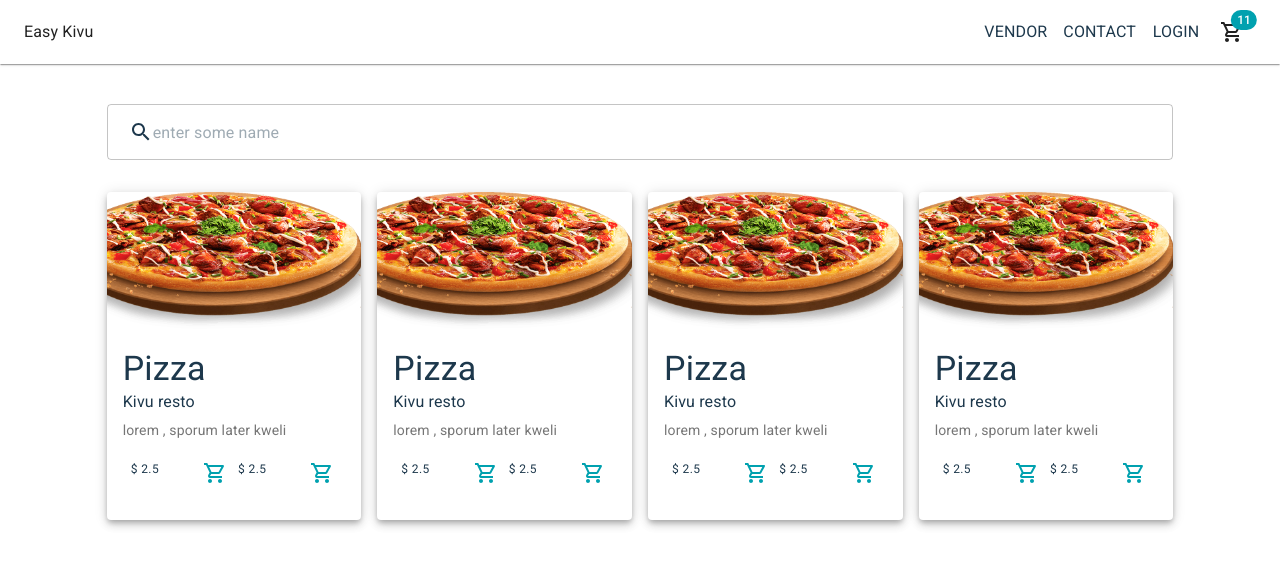
Repository: kilamaelie/jokes-dapp
Page: /
An editor plug-in stored every save of this project. The page is shown before and after the next save, followed by the edit.
The browser window is 1280 px wide. The pictures show the whole page.
The project was rebuilt for these pictures with package versions that can differ from the ones it lists, and the page was loaded fresh each time. Also part of the build but not shown: src/ui/page/dashboard/dashboard.js.

Above is the page before, as saved 2021-06-28 02:47:40.

### src/App.js
import React from 'react'
import {BrowserRouter as Router ,Switch,Route} from 'react-router-dom'
import {ThemeProvider } from "@material-ui/core/styles";
import theme from './App_theme/theme'
import CssBaseline from '@material-ui/core/CssBaseline'
import Main from './ui/page/website/main'
import Dashboards from  './ui/page/dashboard/dashboard'
import AppBars from './ui/widget/appbar'



const App =()=>{


  return (
    <ThemeProvider theme={theme}>
      <CssBaseline>
          <Router>
            <AppBars/>
            <Switch>
              <Route path='/dashboard' component={Dashboards}/>
              <Route path= '/' component={Main}/>
            </Switch>
          </Router>
      </CssBaseline>
    </ThemeProvider>
  )
}

export default App

### src/App_theme/theme.js
import {createMuiTheme} from '@material-ui/core/styles'


const theme =createMuiTheme({
    palette:{
        primary:{
          main: '#FFF'
        },
        secondary:{
          main: '#00A1AF'
        },
        background:{
          default:'#FFF'
        },
        text:{
          primary:'#1D384C'
        }

      }
})

export default theme

### src/ui/page/website/main.js
import React from 'react'
import {Switch,Route} from 'react-router-dom'
import Home from './screen/home'



const Main =()=>{
    return (
            <Switch>

                <Route exact path= '/' component={Home}/>
            </Switch>
        )
}

export default Main

### src/ui/widget/appbar.js
import React,{useState} from 'react'
import {Grid,AppBar,Toolbar,IconButton,Typography,Button,Dialog,DialogContent,DialogContentText,MenuItem,Menu,Badge} from '@material-ui/core';
import RestaurantMenuIcon from '@material-ui/icons/RestaurantMenu';
import AccountCircle from '@material-ui/icons/AccountCircle';
import NotificationsIcon from '@material-ui/icons/Notifications';
import MoreIcon from '@material-ui/icons/MoreVert';
import { useTheme} from '@material-ui/core/styles'
import useMediaQuery from '@material-ui/core/useMediaQuery';
import useStyles from '../style'
import {Link} from 'react-router-dom'
import ShoppingCartOutlinedIcon from '@material-ui/icons/ShoppingCartOutlined';




const AppBars =()=>{

  const classes = useStyles();
  const [open, setOpen] = useState(false);
  const theme = useTheme();
  const fullScreen = useMediaQuery(theme.breakpoints.down('sm'));

  const handleClickOpen = () => {
    setOpen(true);
  };
  const handleClose = () => {
    setOpen(false);
  };
  // for the app bar

  const [anchorEl, setAnchorEl] = React.useState(null);
  const [mobileMoreAnchorEl, setMobileMoreAnchorEl] = React.useState(null);

  const isMenuOpen = Boolean(anchorEl);
  const isMobileMenuOpen = Boolean(mobileMoreAnchorEl);

  const handleProfileMenuOpen = (event) => {
    setAnchorEl(event.currentTarget);
  };
  const handleMenuClose = () => {
    setAnchorEl(null);
    handleMobileMenuClose();
  };
  const handleMobileMenuClose = () => {
    setMobileMoreAnchorEl(null);
  };
  const handleMobileMenuOpen = (event) => {
    setMobileMoreAnchorEl(event.currentTarget);
  };
  const handleLogoutAndMenuClose = () =>{
    const logout = localStorage.removeItem('token')
    localStorage.removeItem('id')
    localStorage.removeItem('user')
    setAnchorEl(null);
    handleMobileMenuClose();
    window.location.reload();
    return logout
  }

  const menuId = 'primary-search-account-menu';
  const renderMenu = (
    <Menu
      anchorEl={anchorEl}
      anchorOrigin={{ vertical: 'top', horizontal: 'right' }}
      id={menuId}
      keepMounted
      transformOrigin={{ vertical: 'top', horizontal: 'right' }}
      open={isMenuOpen}
      onClose={handleMenuClose}
    >
      <MenuItem onClick={handleMenuClose}>Profile</MenuItem>
      <MenuItem onClick={handleLogoutAndMenuClose}>Logout</MenuItem>
    </Menu>
  );

  const mobileMenuId = 'primary-search-account-menu-mobile';
  const renderMobileMenu = (
    <Menu
      anchorEl={mobileMoreAnchorEl}
      anchorOrigin={{ vertical: 'top', horizontal: 'right' }}
      id={mobileMenuId}
      keepMounted
      transformOrigin={{ vertical: 'top', horizontal: 'right' }}
      open={isMobileMenuOpen}
      onClose={handleMobileMenuClose}
    >
          <MenuItem>
          <Typography className={classes.typoAppbar}>VENDOR</Typography>
          </MenuItem>
          <MenuItem>
           <Typography className={classes.typoAppbar}>Contact</Typography>
          </MenuItem>
          {/* {
            token!=null? <div>
               <MenuItem>
        <IconButton aria-label="show 11 new notifications" color="inherit">
          <Badge badgeContent={11} color="secondary">
            <NotificationsIcon />
          </Badge>
        </IconButton>
        <p>Notifications</p>
      </MenuItem>
      <MenuItem onClick={handleProfileMenuOpen}>
        <IconButton
          aria-label="account of current user"
          aria-controls="primary-search-account-menu"
          aria-haspopup="true"
          color="inherit"
        >
          <AccountCircle />
        </IconButton>
        <p>Profile</p>
      </MenuItem>
            </div>

            :  */}
             <div>
              <MenuItem>
            <Button onClick={handleClickOpen}><Typography className={classes.typoAppbar}>Login</Typography></Button>
                    <Dialog
                        // fullScreen={fullScreen}
                        open={open}
                        onClose={handleClose}
                        aria-labelledby="responsive-dialog-title"
                          >
                            <DialogContent>
                              <DialogContentText>
                                  {/* <Login/> */}
                              </DialogContentText>
                            </DialogContent>
                    </Dialog>
          </MenuItem>
            </div>
          {/* } */}


    </Menu>
  );
  return (
      <Grid container direction='row'>
          {/* <Grid item xs={1} sm={1}></Grid> */}
          <Grid item xs={12} sm={12}>
          <AppBar position="fixe" elevation={1}  >
        <Toolbar>
          {/* <IconButton
            component={Link}
            to='/'
            edge="start"
            className={classes.menuButton}
            color="inherit"
            aria-label="open drawer"
          >
            <RestaurantMenuIcon className={classes.icon} />
          </IconButton> */}
          <Typography className={classes.title}  noWrap>
            Easy Kivu
          </Typography>

          <div className={classes.grow} />
          <div className={classes.sectionDesktop}>
             <Button ><Typography className={classes.typoAppbar}>VENDOR</Typography></Button>
            <Button><Typography className={classes.typoAppbar}>CONTACT</Typography></Button>
            {/* {token!=null?
            <div>
            <IconButton aria-label="show 17 new notifications" color="inherit">
              <Badge badgeContent={17} color="secondary">
                <NotificationsIcon  color="secondary"/>
              </Badge>
            </IconButton>
            <IconButton
              edge="end"
              aria-label="account of current user"
              aria-controls={menuId}
              aria-haspopup="true"
              onClick={handleProfileMenuOpen}
              color="inherit"
            >
              <AccountCircle color="secondary" />
            </IconButton>
            </div>
            : */}
            <div>
               <Button onClick={handleClickOpen}><Typography className={classes.typoAppbar}>LOGIN</Typography></Button>
                <Dialog
                    // fullScreen={fullScreen}
                    open={open}
                    onClose={handleClose}
                    aria-labelledby="responsive-dialog-title"
                      >
                        <DialogContent>
                          <DialogContentText>
                          {/* <Login/> */}
                          </DialogContentText>
                        </DialogContent>

                    </Dialog>
            </div>

            {/* } */}

          </div>
          <IconButton aria-label="show 11 new notifications" color="inherit">
          <Badge badgeContent={11} color="secondary">
            <ShoppingCartOutlinedIcon />
          </Badge>
        </IconButton>
          <div className={classes.sectionMobile}>
            <IconButton
              aria-label="show more"
              aria-controls={mobileMenuId}
              aria-haspopup="true"
              onClick={handleMobileMenuOpen}
              color="inherit"
            >
              <MoreIcon className={classes.icon} />
            </IconButton>
          </div>
        </Toolbar>
      </AppBar>
      {renderMobileMenu}
      {renderMenu}
          </Grid>
          {/* <Grid item xs={1} sm={1}></Grid> */}
      </Grid>
  )

}
export default AppBars

### src/ui/page/website/screen/home.js
import React from 'react'
import useStyles from '../../../style'
import {Grid,TextField,InputAdornment} from '@material-ui/core'
import SearchIcon from '@material-ui/icons/Search';
import CardItem from '../screen/widget/card'


const Home = () =>{
    const classes =useStyles()

    return (
        <Grid container direction='row' className={classes.margin_40} >
            <Grid item xs={1} sm={1}></Grid>
            <Grid item xs={10} sm={10}  >
               <Grid container spacing={4}  >
                   <Grid item xs={12} sm={12}>
                       <TextField
                        variant='outlined'
                        fullWidth
                        onFocus
                        placeholder="enter some name"
                        InputProps={{
                            startAdornment: (
                              <InputAdornment position="end">
                                <SearchIcon />
                              </InputAdornment>
                            ),
                          }}
                       />
                   </Grid>
                   <Grid item xs={12} sm={12}>
                       <Grid container spacing ={2}>
                           <Grid item xs={12} sm={3}>
                           <CardItem/>
                           </Grid>
                           <Grid item xs={12} sm={3}>
                           <CardItem/>
                           </Grid>
                           <Grid item xs={12} sm={3}>
                           <CardItem/>
                           </Grid>
                           <Grid item xs={12} sm={3}>
                           <CardItem/>
                           </Grid>
                       </Grid>
                   </Grid>
               </Grid>
            </Grid>
            <Grid item xs={1} sm={1}></Grid>
        </Grid>
    )
}

export default Home

### src/ui/style.js
import {makeStyles} from '@material-ui/core/styles'

export default makeStyles((theme)=>({

    app:{
        background:'white',
        //marginTop:10,
        // marginbo

    },
    title:{
        color:theme.palette.primary.secondary,
        fontWeight:400,

    },
    grow: {
        flexGrow: 1,
      },
      menuButton: {
        marginRight: theme.spacing(4),
      },
      title: {
        display: '',
        color:theme.palette.primary.secondary,
        fontWeight: 400 ,
        [theme.breakpoints.up('sm')]: {
          display: 'block',
          fontWeight: 400
        },
      },

      sectionDesktop: {
        display: 'none',
        [theme.breakpoints.up('md')]: {
          display: 'flex',
        },
      },
      sectionMobile: {
        display: 'flex',
        [theme.breakpoints.up('md')]: {
          display: 'none',
        },
      },
    icon:{
        color:theme.palette.primary.secondary,
    },
    typoAppbar:{
      color:theme.palette.primary.secondary,
      fontSize: 15,
      fontWeight:400
    },
    homeAppbar:{
      marginTop:40,
      backgroundColor:theme.palette.primary.secondary,
      height:80,
      borderRadius:"10px"
    },
    margin_40:{
      marginTop: 40,
      marginBottom:40
    }

}))

### src/ui/page/website/screen/widget/card.js
import React from 'react'
import {Grid,TextField,Typography,IconButton} from '@material-ui/core'
import Card from '@material-ui/core/Card';
import CardActionArea from '@material-ui/core/CardActionArea';
import CardActions from '@material-ui/core/CardActions';
import CardContent from '@material-ui/core/CardContent';
import CardMedia from '@material-ui/core/CardMedia';
import Button from '@material-ui/core/Button';
import Pizza from '../../../../../assets/pizza.png'
import ShoppingCartOutlinedIcon from '@material-ui/icons/ShoppingCartOutlined';


const CardItem =()=>{
    return (
        <Card elevation={5} >
        {/* <CardActionArea> */}
          <CardMedia
            style={{height:140}}
            image={Pizza}
            // title={imagetitle}
          />
          <CardContent>
            <Typography variant="caption" variant='h4' component="h2" >
              Pizza
            </Typography>
            <Typography gutterBottom  component="h2" >
              Kivu resto
            </Typography>
            <Typography variant="body2" color="textSecondary" style={{height:30}}>
             lorem , sporum later kweli
            </Typography>

        {/* </CardActionArea> */}
        <CardActions>
          <Grid container>
            <Grid item sm={6} md={6} xs={6} justify="center">
              <Typography variant="caption">
                $ 2.5
              </Typography>
            </Grid>
            <Grid item md={6} xs={6}>
              <Grid container direction="column" justify="center" alignItems="flex-end">
              <IconButton size="small" color="secondary" >
                <ShoppingCartOutlinedIcon/>
              </IconButton>
              </Grid>
            </Grid>
          </Grid>
          <Grid container>
            <Grid item sm={6} md={6} xs={6} justify="center">
              <Typography variant="caption">
                $ 2.5
              </Typography>
            </Grid>
            <Grid item md={6} xs={6}>
              <Grid container direction="column" justify="center" alignItems="flex-end">
              <IconButton size="small" color="secondary" >
                <ShoppingCartOutlinedIcon/>
              </IconButton>
              </Grid>
            </Grid>
          </Grid>
        </CardActions>

        </CardContent>
      </Card>
    )
}


export default CardItem;

Loaded but not shown: public/index.html (common file); src/index.js (common file); src/index.css (common file); src/reportWebVitals.js (common file)

After the next save:
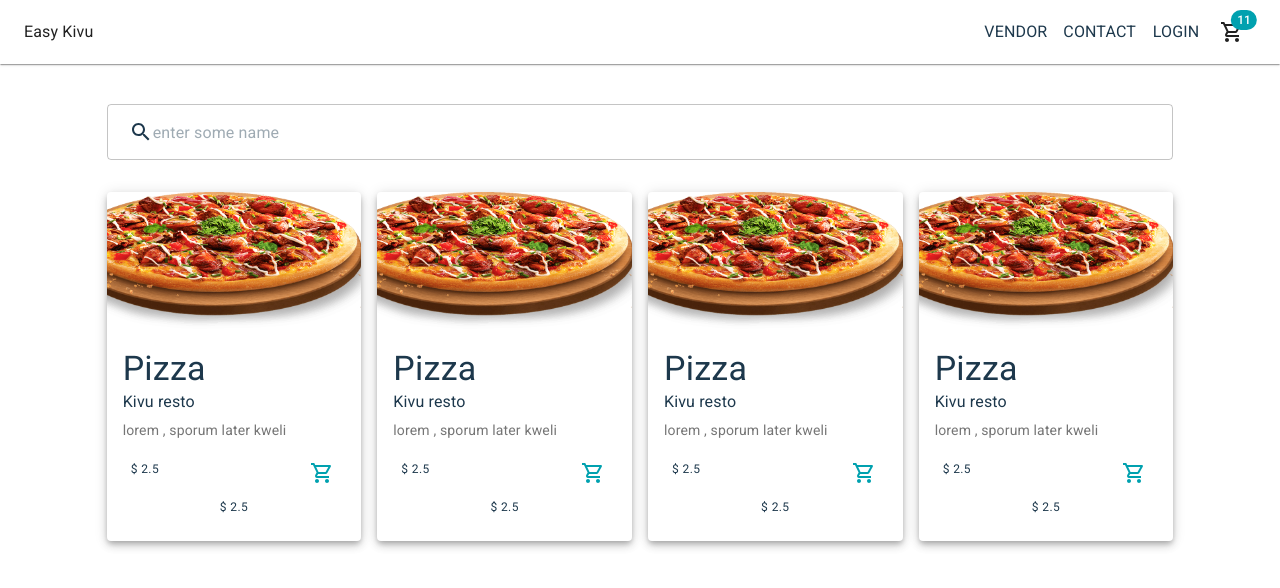
Saved 118 s later.
--- a/src/ui/page/website/screen/widget/card.js
+++ b/src/ui/page/website/screen/widget/card.js
@@ -46,22 +46,16 @@ const CardItem =()=>{
               </Grid>
             </Grid>
           </Grid>
-          <Grid container>
-            <Grid item sm={6} md={6} xs={6} justify="center">
+
+        </CardActions>
+        <Grid container justify='center'>
+            <Grid item>
               <Typography variant="caption">
                 $ 2.5
               </Typography>
             </Grid>
-            <Grid item md={6} xs={6}>
-              <Grid container direction="column" justify="center" alignItems="flex-end">
-              <IconButton size="small" color="secondary" >
-                <ShoppingCartOutlinedIcon/>
-              </IconButton>
-              </Grid>
-            </Grid>
+
           </Grid>
-        </CardActions>
-
         </CardContent>
       </Card>
     )
